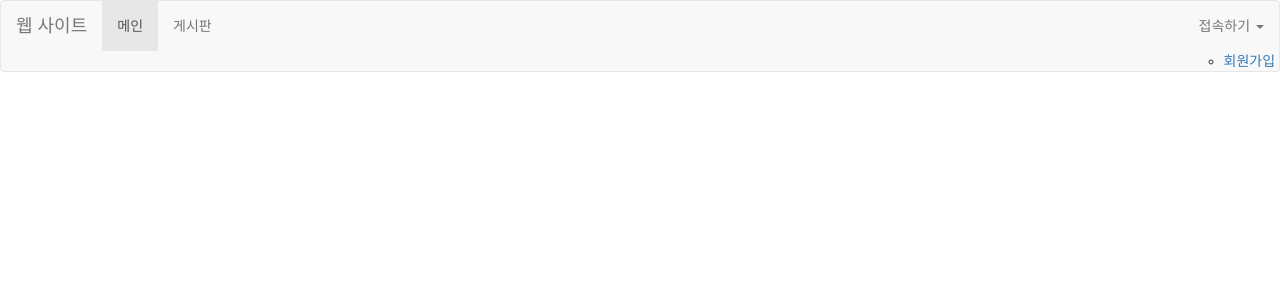
Repository: hayeon/JSP_BBS
Page: http://localhost/BBS/bbs.jsp
These files come from the project's save history. The page is drawn as it stood at one moment and after the next save; the edit follows.
The browser window is 1280 px wide. The pictures show the whole page.
The page is served by Tomcat 9.

Above is the page before, as saved 2021-07-24 12:50:48.
Console error (its wording comes from the project's code and is left out).

After the next save:
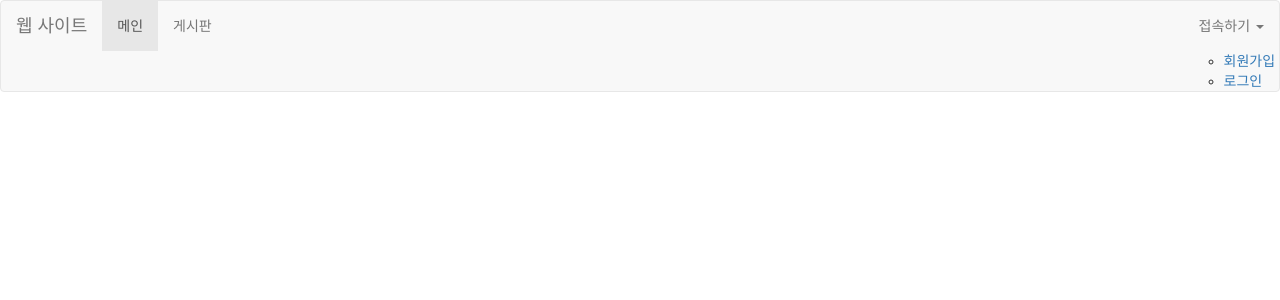
Saved 105 s later.
--- a/notice_board/BBS/WebContent/bbs.jsp
+++ b/notice_board/BBS/WebContent/bbs.jsp
@@ -56,6 +56,7 @@
 
 					<ul class="dropdowon-menu">
 						<li><a href="join.jsp">회원가입</a></li>
+						<li><a href="login.jsp">로그인</a></li>
 
 						<!-- 액티브는 단 한개의 홈페이지에만 선택된 홈페이지 의미 -->
 
